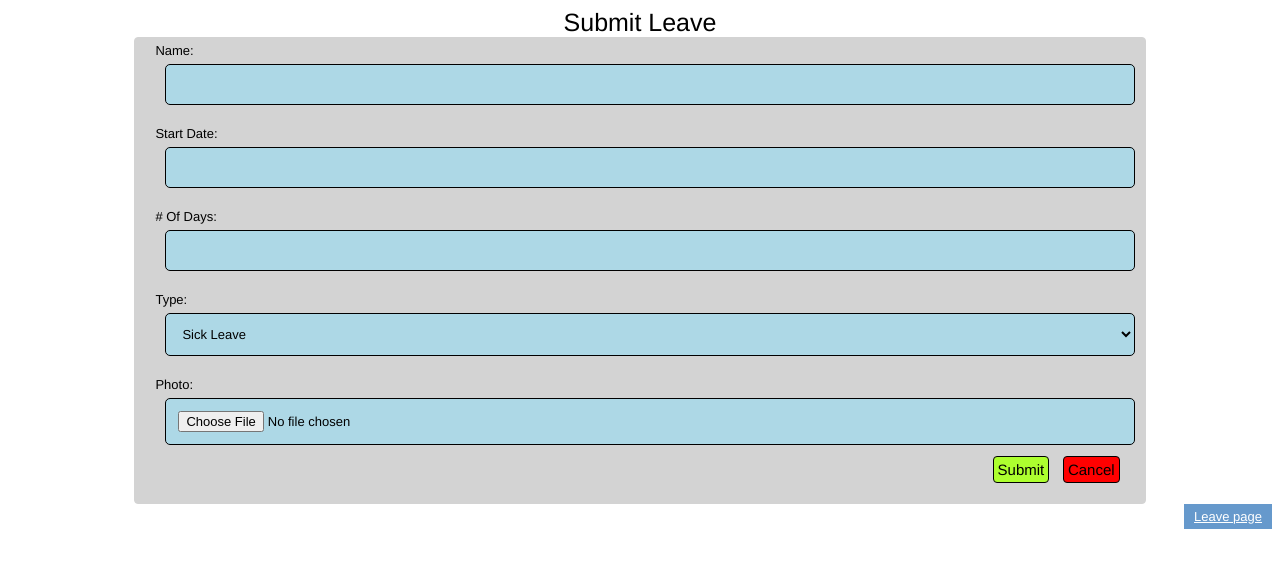
Repository: Murad71/BasicCRUD
Page: index.html
An editor plug-in stored every save of this project. The page is shown before and after the next save, followed by the edit.
The browser window is 1280 px wide. The pictures show the whole page.

Above is the page before, as saved 2023-04-18 19:59:35.

After the next save:
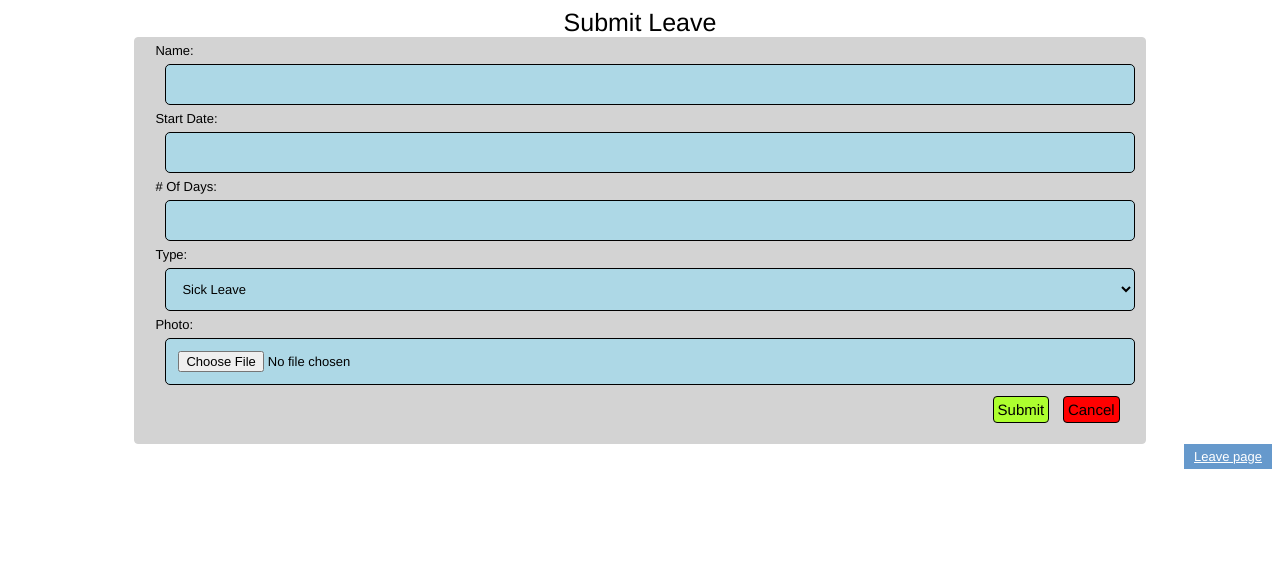
Saved 41 s later.
--- a/index.css
+++ b/index.css
@@ -9,11 +9,10 @@
   padding: 5px 20px 15px 20px;
   border: 1px solid lightgray;
   border-radius: 4px;
-  display: flex;
+  /* display: flex; */
   flex-direction: column;
   margin: 0 auto;
   width: 80%;
-  justify-content: center;
 }
 
 header {
